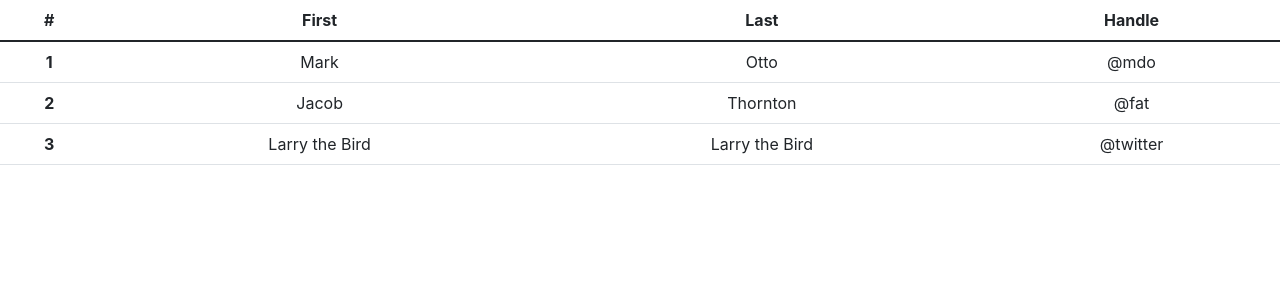
Repository: tuan842001/thulam
Page: /
The author's editor kept a copy of each file at every save. The page is drawn from the files as they stood at one save, then again after the next save.
The browser window is 1280 px wide. The pictures show the whole page.
The project was rebuilt for these pictures with package versions that can differ from the ones it lists, and the page was loaded fresh each time.

Above is the page before, as saved 2022-01-11 14:34:34.

After the next save:
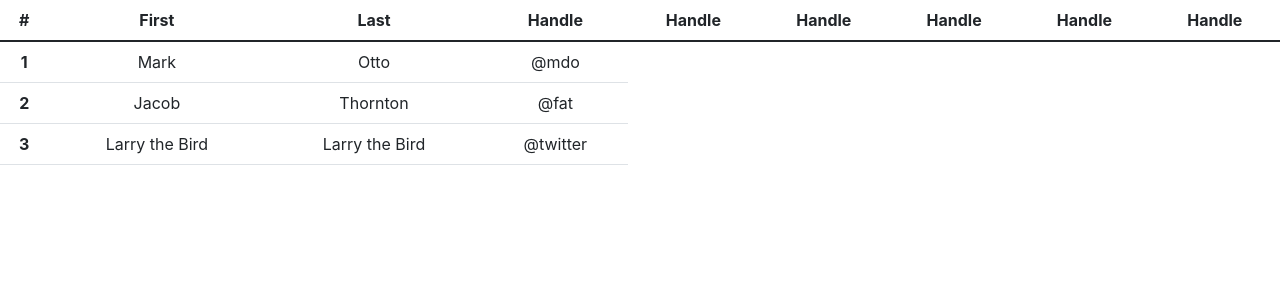
Saved 9 s later.
--- a/src/App.js
+++ b/src/App.js
@@ -9,6 +9,11 @@ function App() {
             <th scope="col">#</th>
             <th scope="col">First</th>
             <th scope="col">Last</th>
+            <th scope="col">Handle</th>
+            <th scope="col">Handle</th>
+            <th scope="col">Handle</th>
+            <th scope="col">Handle</th>
+            <th scope="col">Handle</th>
             <th scope="col">Handle</th>
           </tr>
         </thead>
